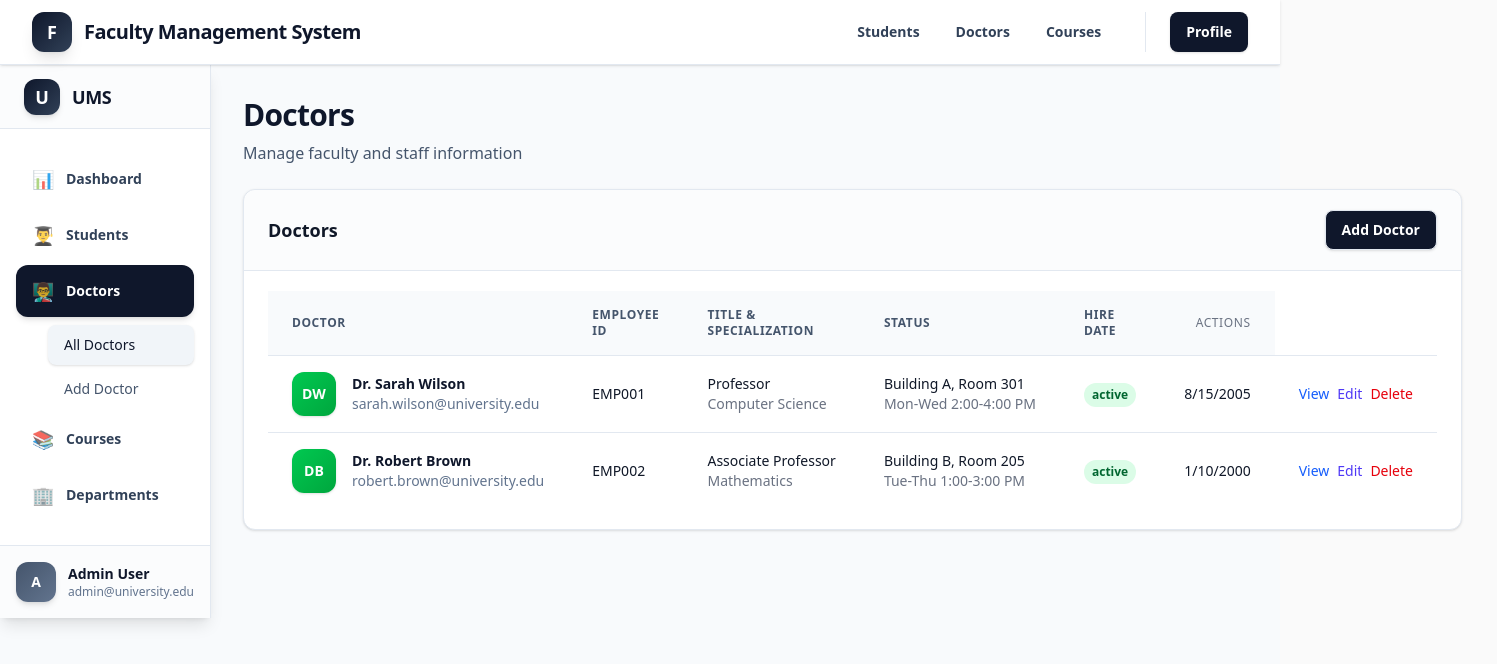
Repository: Mohamedmohsen179/Advanced-DB-Task
Page: /doctors (app in frontend/)
The author's editor kept a copy of each file at every save. The page is drawn from the files as they stood at one save, then again after the next save.
The browser window is 1280 px wide. The page is 1494 px wide, then 1497 px, so the pictures cover 1497 px, including what lies to the right of the window. The pictures show the whole page.
The page's requests for data from a server got no answer. The project was rebuilt for these pictures with package versions that can differ from the ones it lists, and the page was loaded fresh each time. The framework's server and built-in components were replaced by stand-ins that run in the browser. No one was signed in, and anything a server would have sent is missing. Also part of the build but not shown: frontend/next.config.ts.

Above is the page before, as saved 2025-11-28 16:37:35.

### frontend/app/layout.tsx
import type { Metadata } from "next";
import { Geist, Geist_Mono } from "next/font/google";
import "./globals.css";
import MainLayout from "../components/layout/MainLayout";

const geistSans = Geist({
  variable: "--font-geist-sans",
  subsets: ["latin"],
});

const geistMono = Geist_Mono({
  variable: "--font-geist-mono",
  subsets: ["latin"],
});

export const metadata: Metadata = {
  title: "University Management System",
  description: "A comprehensive university management system built with Next.js and TypeScript",
};

export default function RootLayout({
  children,
}: Readonly<{
  children: React.ReactNode;
}>) {
  return (
    <html lang="en">
      <body
        className={`${geistSans.variable} ${geistMono.variable} antialiased`}
      >
        <MainLayout>{children}</MainLayout>
      </body>
    </html>
  );
}

### frontend/app/doctors/page.tsx
import DoctorsContainer from '../../containers/DoctorsContainer';

export default function DoctorsPage() {
  return <DoctorsContainer />;
}

### frontend/app/globals.css
@import "tailwindcss";

:root {
  --background: #fafafa;
  --foreground: #0f172a;
  --primary: #2563eb;
  --primary-foreground: #ffffff;
  --secondary: #f1f5f9;
  --secondary-foreground: #334155;
  --muted: #f8fafc;
  --muted-foreground: #64748b;
  --accent: #f1f5f9;
  --accent-foreground: #0f172a;
  --border: #e2e8f0;
  --input: #ffffff;
  --ring: #2563eb;
  --radius: 0.5rem;
}

@theme inline {
  --color-background: var(--background);
  --color-foreground: var(--foreground);
  --font-sans: var(--font-geist-sans);
  --font-mono: var(--font-geist-mono);
}

@media (prefers-color-scheme: dark) {
  :root {
    --background: #020617;
    --foreground: #f8fafc;
    --primary: #3b82f6;
    --primary-foreground: #f8fafc;
    --secondary: #1e293b;
    --secondary-foreground: #f8fafc;
    --muted: #1e293b;
    --muted-foreground: #94a3b8;
    --accent: #1e293b;
    --accent-foreground: #f8fafc;
    --border: #334155;
    --input: #1e293b;
    --ring: #3b82f6;
  }
}

* {
  border-color: var(--border);
}

body {
  background: var(--background);
  color: var(--foreground);
  font-family: var(--font-sans), system-ui, -apple-system, sans-serif;
  line-height: 1.6;
  -webkit-font-smoothing: antialiased;
  -moz-osx-font-smoothing: grayscale;
}

/* Professional scrollbar */
::-webkit-scrollbar {
  width: 8px;
  height: 8px;
}

::-webkit-scrollbar-track {
  background: var(--muted);
}

::-webkit-scrollbar-thumb {
  background: var(--muted-foreground);
  border-radius: 4px;
}

::-webkit-scrollbar-thumb:hover {
  background: var(--foreground);
}

/* Focus styles */
.focus-visible {
  outline: 2px solid var(--ring);
  outline-offset: 2px;
}

/* Professional shadows */
.shadow-professional {
  box-shadow: 0 1px 3px 0 rgb(0 0 0 / 0.1), 0 1px 2px -1px rgb(0 0 0 / 0.1);
}

.shadow-professional-lg {
  box-shadow: 0 10px 15px -3px rgb(0 0 0 / 0.1), 0 4px 6px -4px rgb(0 0 0 / 0.1);
}

### frontend/components/layout/MainLayout.tsx
'use client';

import { useState } from 'react';
import Navbar from './Navbar';
import Sidebar from './Sidebar';

interface MainLayoutProps {
  children: React.ReactNode;
}

export default function MainLayout({ children }: MainLayoutProps) {
  const [sidebarOpen, setSidebarOpen] = useState(false);

  return (
    <div className="min-h-screen bg-slate-50">
      {/* Navbar */}
      <Navbar />

      <div className="flex">
        {/* Sidebar */}
        <Sidebar
          isOpen={sidebarOpen}
          onClose={() => setSidebarOpen(false)}
        />

        {/* Main Content */}
        <div className="flex-1 lg:ml-0">
          {/* Mobile sidebar toggle */}
          <div className="lg:hidden">
            <button
              onClick={() => setSidebarOpen(true)}
              className="fixed top-20 left-4 z-10 bg-white p-3 rounded-xl shadow-professional border border-slate-200 hover:shadow-professional-lg transition-all duration-200"
            >
              <svg className="w-5 h-5 text-slate-600" fill="none" stroke="currentColor" viewBox="0 0 24 24">
                <path strokeLinecap="round" strokeLinejoin="round" strokeWidth={2} d="M4 6h16M4 12h16M4 18h16" />
              </svg>
            </button>
          </div>

          {/* Page Content */}
          <main className="p-6 lg:p-8">
            <div className="max-w-7xl mx-auto">
              {children}
            </div>
          </main>
        </div>
      </div>
    </div>
  );
}

### frontend/containers/DoctorsContainer.tsx
'use client';

import { useState, useEffect } from 'react';
import { Doctor, PaginatedResponse } from '../types';
import { apiService } from '../services/api';
import DoctorTable from '../components/doctors/DoctorTable';

export default function DoctorsContainer() {
  const [doctors, setDoctors] = useState<Doctor[]>([]);
  const [loading, setLoading] = useState(true);
  const [error, setError] = useState<string | null>(null);

  useEffect(() => {
    loadDoctors();
  }, []);

  const loadDoctors = async () => {
    try {
      setLoading(true);
      setError(null);
      const response: PaginatedResponse<Doctor> = await apiService.getDoctors();

      if (response.success) {
        setDoctors(response.data);
      } else {
        setError('Failed to load doctors');
      }
    } catch (err) {
      setError('An error occurred while loading doctors');
      console.error('Error loading doctors:', err);
    } finally {
      setLoading(false);
    }
  };

  const handleEdit = (doctor: Doctor) => {
    // TODO: Implement edit functionality
    console.log('Edit doctor:', doctor);
  };

  const handleDelete = async (doctorId: string) => {
    if (!confirm('Are you sure you want to delete this doctor?')) {
      return;
    }

    try {
      await apiService.deleteDoctor(doctorId);
      // Reload doctors after deletion
      await loadDoctors();
    } catch (err) {
      setError('Failed to delete doctor');
      console.error('Error deleting doctor:', err);
    }
  };

  if (error) {
    return (
      <div className="bg-red-50 border border-red-200 rounded-md p-4">
        <div className="flex">
          <div className="flex-shrink-0">
            <svg className="h-5 w-5 text-red-400" viewBox="0 0 20 20" fill="currentColor">
              <path fillRule="evenodd" d="M10 18a8 8 0 100-16 8 8 0 000 16zM8.707 7.293a1 1 0 00-1.414 1.414L8.586 10l-1.293 1.293a1 1 0 101.414 1.414L10 11.414l1.293 1.293a1 1 0 001.414-1.414L11.414 10l1.293-1.293a1 1 0 00-1.414-1.414L10 8.586 8.707 7.293z" clipRule="evenodd" />
            </svg>
          </div>
          <div className="ml-3">
            <h3 className="text-sm font-medium text-red-800">Error</h3>
            <div className="mt-2 text-sm text-red-700">
              <p>{error}</p>
            </div>
            <div className="mt-4">
              <button
                onClick={loadDoctors}
                className="bg-red-100 px-3 py-2 rounded-md text-sm font-medium text-red-800 hover:bg-red-200"
              >
                Try Again
              </button>
            </div>
          </div>
        </div>
      </div>
    );
  }

  return (
    <div className="space-y-6">
      <div className="flex items-center justify-between">
        <div>
          <h1 className="text-3xl font-bold text-slate-900 tracking-tight">Doctors</h1>
          <p className="mt-2 text-base text-slate-600">
            Manage faculty and staff information
          </p>
        </div>
      </div>

      <DoctorTable
        doctors={doctors}
        loading={loading}
        onEdit={handleEdit}
        onDelete={handleDelete}
      />
    </div>
  );
}

### frontend/components/doctors/DoctorTable.tsx
'use client';

import Link from 'next/link';
import { Doctor } from '../../types';
import { Card, CardContent, CardHeader } from '../ui/Card';
import Button from '../ui/Button';

interface DoctorTableProps {
  doctors: Doctor[];
  loading?: boolean;
  onEdit?: (doctor: Doctor) => void;
  onDelete?: (doctorId: string) => void;
}

export default function DoctorTable({
  doctors,
  loading = false,
  onEdit,
  onDelete
}: DoctorTableProps) {
  if (loading) {
    return (
      <Card>
        <CardContent>
          <div className="flex items-center justify-center py-12">
            <div className="animate-spin rounded-full h-8 w-8 border-b-2 border-blue-600"></div>
            <span className="ml-2 text-gray-600">Loading doctors...</span>
          </div>
        </CardContent>
      </Card>
    );
  }

  if (doctors.length === 0) {
    return (
      <Card>
        <CardContent>
          <div className="text-center py-12">
            <div className="text-gray-400 text-6xl mb-4">👨‍🏫</div>
            <h3 className="text-lg font-medium text-gray-900 mb-2">No doctors found</h3>
            <p className="text-gray-500 mb-6">Get started by adding your first doctor.</p>
            <Link href="/doctors/new">
              <Button>Add Doctor</Button>
            </Link>
          </div>
        </CardContent>
      </Card>
    );
  }

  return (
    <Card>
      <CardHeader>
        <div className="flex items-center justify-between">
          <h2 className="text-lg font-semibold text-gray-900">Doctors</h2>
          <Link href="/doctors/new">
            <Button>Add Doctor</Button>
          </Link>
        </div>
      </CardHeader>
      <CardContent className="p-0">
        <div className="overflow-x-auto">
          <table className="min-w-full divide-y divide-slate-200">
            <thead className="bg-slate-50">
              <tr>
                <th className="px-6 py-4 text-left text-xs font-semibold text-slate-600 uppercase tracking-wider">
                  Doctor
                </th>
                <th className="px-6 py-4 text-left text-xs font-semibold text-slate-600 uppercase tracking-wider">
                  Employee ID
                </th>
                <th className="px-6 py-4 text-left text-xs font-semibold text-slate-600 uppercase tracking-wider">
                  Title & Specialization
                </th>

                <th className="px-6 py-4 text-left text-xs font-semibold text-slate-600 uppercase tracking-wider">
                  Status
                </th>
                <th className="px-6 py-4 text-left text-xs font-semibold text-slate-600 uppercase tracking-wider">
                  Hire Date
                </th>
                <th className="px-6 py-3 text-right text-xs font-medium text-gray-500 uppercase tracking-wider">
                  Actions
                </th>
              </tr>
            </thead>
            <tbody className="bg-white divide-y divide-slate-200">
              {doctors.map((doctor) => (
                <tr key={doctor.id} className="hover:bg-slate-50 transition-colors duration-150">
                  <td className="px-6 py-4 whitespace-nowrap">
                    <div className="flex items-center">
                      <div className="flex-shrink-0 h-11 w-11">
                        <div className="h-11 w-11 rounded-xl bg-gradient-to-br from-green-500 to-green-600 flex items-center justify-center shadow-sm">
                          <span className="text-white font-semibold text-sm">
                            {doctor.firstName.charAt(0)}{doctor.lastName.charAt(0)}
                          </span>
                        </div>
                      </div>
                      <div className="ml-4">
                        <div className="text-sm font-semibold text-slate-900">
                          {doctor.firstName} {doctor.lastName}
                        </div>
                        <div className="text-sm text-slate-500">
                          {doctor.email}
                        </div>
                      </div>
                    </div>
                  </td>
                  <td className="px-6 py-4 whitespace-nowrap text-sm text-gray-900">
                    {doctor.employeeId}
                  </td>
                  <td className="px-6 py-4 whitespace-nowrap">
                    <div className="text-sm text-gray-900">{doctor.title}</div>
                    <div className="text-sm text-gray-500">{doctor.specialization || 'General'}</div>
                  </td>
                  <td className="px-6 py-4 whitespace-nowrap">
                    <div className="text-sm text-gray-900">{doctor.officeLocation || 'Not assigned'}</div>
                    <div className="text-sm text-gray-500">{doctor.officeHours || 'Not set'}</div>
                  </td>
                  <td className="px-6 py-4 whitespace-nowrap">
                    <span className={`inline-flex px-2 py-1 text-xs font-semibold rounded-full ${doctor.status === 'active'
                        ? 'bg-green-100 text-green-800'
                        : doctor.status === 'inactive'
                          ? 'bg-gray-100 text-gray-800'
                          : doctor.status === 'on_leave'
                            ? 'bg-yellow-100 text-yellow-800'
                            : 'bg-blue-100 text-blue-800'
                      }`}>
                      {doctor.status.replace('_', ' ')}
                    </span>
                  </td>
                  <td className="px-6 py-4 whitespace-nowrap text-sm text-gray-900">
                    {new Date(doctor.hireDate).toLocaleDateString()}
                  </td>
                  <td className="px-6 py-4 whitespace-nowrap text-right text-sm font-medium space-x-2">
                    <Link
                      href={`/doctors/${doctor.id}`}
                      className="text-blue-600 hover:text-blue-900"
                    >
                      View
                    </Link>
                    {onEdit && (
                      <button
                        onClick={() => onEdit(doctor)}
                        className="text-indigo-600 hover:text-indigo-900"
                      >
                        Edit
                      </button>
                    )}
                    {onDelete && (
                      <button
                        onClick={() => onDelete(doctor.id)}
                        className="text-red-600 hover:text-red-900"
                      >
                        Delete
                      </button>
                    )}
                  </td>
                </tr>
              ))}
            </tbody>
          </table>
        </div>
      </CardContent>
    </Card>
  );
}

### frontend/components/ui/Card.tsx
import { HTMLAttributes, forwardRef } from 'react';

interface CardProps extends HTMLAttributes<HTMLDivElement> {
  children: React.ReactNode;
}

const Card = forwardRef<HTMLDivElement, CardProps>(
  ({ className = '', children, ...props }, ref) => {
    return (
      <div
        ref={ref}
        className={`bg-white rounded-xl border border-slate-200 shadow-professional hover:shadow-professional-lg transition-shadow duration-200 ${className}`}
        {...props}
      >
        {children}
      </div>
    );
  }
);

Card.displayName = 'Card';

interface CardHeaderProps extends HTMLAttributes<HTMLDivElement> {
  children: React.ReactNode;
}

const CardHeader = forwardRef<HTMLDivElement, CardHeaderProps>(
  ({ className = '', children, ...props }, ref) => {
    return (
      <div
        ref={ref}
        className={`px-6 py-5 border-b border-slate-200 bg-slate-50/50 rounded-t-xl ${className}`}
        {...props}
      >
        {children}
      </div>
    );
  }
);

CardHeader.displayName = 'CardHeader';

interface CardContentProps extends HTMLAttributes<HTMLDivElement> {
  children: React.ReactNode;
}

const CardContent = forwardRef<HTMLDivElement, CardContentProps>(
  ({ className = '', children, ...props }, ref) => {
    return (
      <div
        ref={ref}
        className={`px-6 py-5 ${className}`}
        {...props}
      >
        {children}
      </div>
    );
  }
);

CardContent.displayName = 'CardContent';

interface CardFooterProps extends HTMLAttributes<HTMLDivElement> {
  children: React.ReactNode;
}

const CardFooter = forwardRef<HTMLDivElement, CardFooterProps>(
  ({ className = '', children, ...props }, ref) => {
    return (
      <div
        ref={ref}
        className={`px-6 py-5 border-t border-slate-200 bg-slate-50 rounded-b-xl ${className}`}
        {...props}
      >
        {children}
      </div>
    );
  }
);

CardFooter.displayName = 'CardFooter';

export { Card, CardHeader, CardContent, CardFooter };

### frontend/components/ui/Button.tsx
import { ButtonHTMLAttributes, forwardRef } from 'react';

interface ButtonProps extends ButtonHTMLAttributes<HTMLButtonElement> {
  variant?: 'primary' | 'secondary' | 'danger' | 'outline';
  size?: 'sm' | 'md' | 'lg';
  loading?: boolean;
}

const Button = forwardRef<HTMLButtonElement, ButtonProps>(
  ({ className = '', variant = 'primary', size = 'md', loading = false, children, disabled, ...props }, ref) => {
    const baseClasses = 'inline-flex items-center justify-center font-semibold rounded-lg transition-all duration-200 focus:outline-none focus:ring-2 focus:ring-offset-2 disabled:opacity-50 disabled:cursor-not-allowed shadow-sm hover:shadow-md active:scale-[0.98]';

    const variantClasses = {
      primary: 'bg-slate-900 text-white hover:bg-slate-800 focus:ring-slate-500 border border-slate-900',
      secondary: 'bg-slate-100 text-slate-900 hover:bg-slate-200 focus:ring-slate-500 border border-slate-200',
      danger: 'bg-red-600 text-white hover:bg-red-700 focus:ring-red-500 border border-red-600',
      outline: 'border-2 border-slate-300 text-slate-700 bg-white hover:bg-slate-50 hover:border-slate-400 focus:ring-slate-500',
    };

    const sizeClasses = {
      sm: 'px-3 py-2 text-sm h-9',
      md: 'px-4 py-2.5 text-sm h-10',
      lg: 'px-6 py-3 text-base h-12',
    };

    return (
      <button
        ref={ref}
        className={`${baseClasses} ${variantClasses[variant]} ${sizeClasses[size]} ${className}`}
        disabled={disabled || loading}
        {...props}
      >
        {loading && (
          <svg className="animate-spin -ml-1 mr-2 h-4 w-4" fill="none" viewBox="0 0 24 24">
            <circle className="opacity-25" cx="12" cy="12" r="10" stroke="currentColor" strokeWidth="4" />
            <path className="opacity-75" fill="currentColor" d="M4 12a8 8 0 018-8V0C5.373 0 0 5.373 0 12h4zm2 5.291A7.962 7.962 0 014 12H0c0 3.042 1.135 5.824 3 7.938l3-2.647z" />
          </svg>
        )}
        {children}
      </button>
    );
  }
);

Button.displayName = 'Button';

export default Button;

Loaded but not shown: frontend/services/api.ts (539 lines, source omitted); frontend/components/layout/Sidebar.tsx (158 lines, source omitted); frontend/components/layout/Navbar.tsx (102 lines, source omitted)

After the next save:
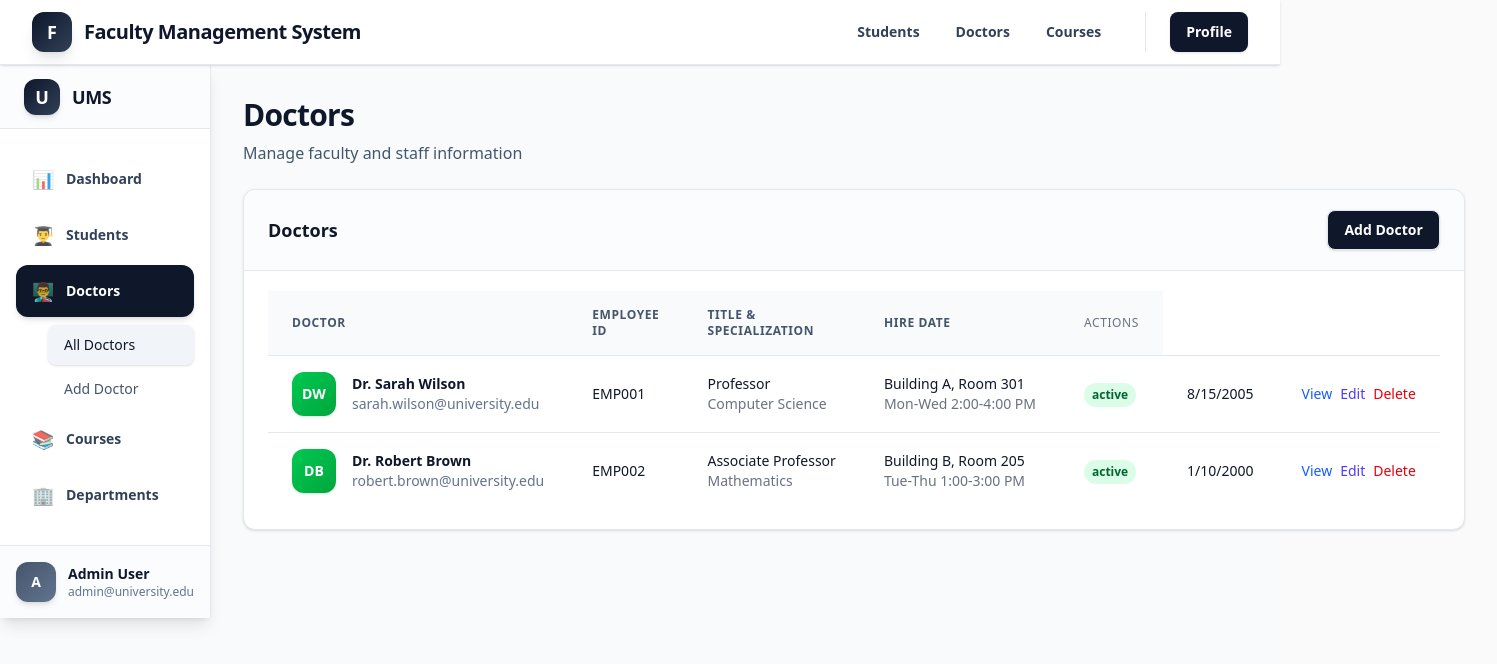
Saved 7 s later.
--- a/frontend/components/doctors/DoctorTable.tsx
+++ b/frontend/components/doctors/DoctorTable.tsx
@@ -74,9 +74,6 @@ export default function DoctorTable({
                 </th>
 
                 <th className="px-6 py-4 text-left text-xs font-semibold text-slate-600 uppercase tracking-wider">
-                  Status
-                </th>
-                <th className="px-6 py-4 text-left text-xs font-semibold text-slate-600 uppercase tracking-wider">
                   Hire Date
                 </th>
                 <th className="px-6 py-3 text-right text-xs font-medium text-gray-500 uppercase tracking-wider">
@@ -119,12 +116,12 @@ export default function DoctorTable({
                   </td>
                   <td className="px-6 py-4 whitespace-nowrap">
                     <span className={`inline-flex px-2 py-1 text-xs font-semibold rounded-full ${doctor.status === 'active'
-                        ? 'bg-green-100 text-green-800'
-                        : doctor.status === 'inactive'
-                          ? 'bg-gray-100 text-gray-800'
-                          : doctor.status === 'on_leave'
-                            ? 'bg-yellow-100 text-yellow-800'
-                            : 'bg-blue-100 text-blue-800'
+                      ? 'bg-green-100 text-green-800'
+                      : doctor.status === 'inactive'
+                        ? 'bg-gray-100 text-gray-800'
+                        : doctor.status === 'on_leave'
+                          ? 'bg-yellow-100 text-yellow-800'
+                          : 'bg-blue-100 text-blue-800'
                       }`}>
                       {doctor.status.replace('_', ' ')}
                     </span>
